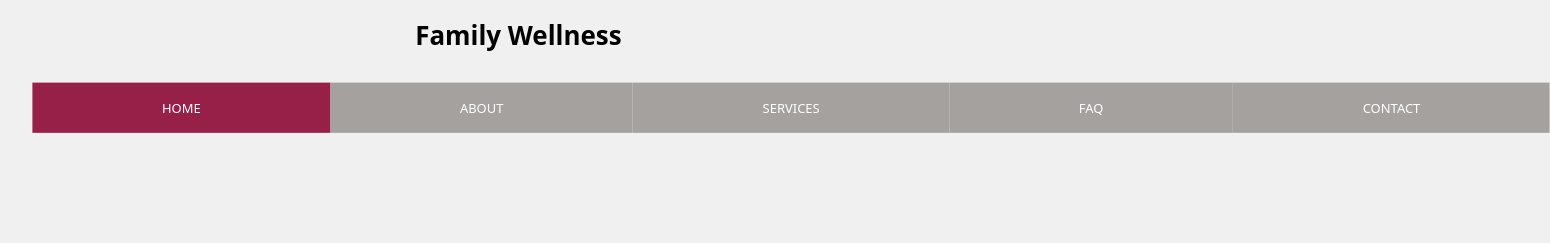
Repository: sriram1224/reactas1.github.io
Page: /
An editor plug-in stored every save of this project. The page is shown before and after the next save, followed by the edit.
The browser window is 1280 px wide. The page is 1913 px wide, so the pictures cover 1913 px, including what lies to the right of the window. The pictures show the whole page, at 81% of full size.
Some web fonts or font styles are not loaded; a fallback is used. The project was rebuilt for these pictures with package versions that can differ from the ones it lists, and the page was loaded fresh each time.

Above is the page before, as saved 2024-03-05 07:12:53.

### public/index.html
<!DOCTYPE html>
<html lang="en">
  <head>
    <meta charset="utf-8" />

    <meta name="viewport" content="width=device-width, initial-scale=1" />
    <meta name="theme-color" content="#000000" />
    <meta
      name="description"
      content="Web site created using create-react-app"
    />
    <link rel="stylesheet" href="./style.css">

    <title>React App</title>
  </head>
  <body>

    <div id="root"></div>


  </body>
</html>

### src/App.js
import Header from './Components/Header.js';
import './App.css';

function App() {
  return (
    <div className="App">
     <Header />
    </div>
  );
}

export default App;

### src/Components/Header.js
import Nav from "./Nav";

function Header() {
  return (
    <header>
      <h1>Family Wellness</h1>
      <p></p>
      <Nav />
    </header>
  );
}
export default Header;

### src/Components/Nav.js

import Navc from './Nav.css';
function Nav(){
    return (
        <nav className='Nav'>
            <ul>
                <li id='first'>HOME</li>
                <li>ABOUT</li>
                <li>SERVICES</li>
                <li>FAQ</li>
                <li>CONTACT</li>
            </ul>
        </nav>
    )
}
export default Nav;

### src/Components/Nav.css

@import url('https://fonts.googleapis.com/css2?family=Noto+Sans:ital,wght@0,100..900;1,100..900&family=Protest+Revolution&display=swap');
body{
    font-family: "Noto Sans", sans-serif;
    margin: 0%;
    padding: 0%;
}
.Nav{
    display: flex;
    justify-content: space-between;
    align-items: center;
    color: white;
    width: 100%;
}
.Nav ul{
    display: flex;

    align-items: center;
    list-style: none;

    width: 96%;

}
.Nav ul li{
    padding: 20px 10rem;

    background-color: rgb(165,161,158);
    text-align: center;
}
#first{
    color: white;
    background-color: rgb(151,32,72);
}

### public/style.css

@import url('https://fonts.googleapis.com/css2?family=Noto+Sans:ital,wght@0,100..900;1,100..900&family=Protest+Revolution&display=swap');

body{
    background-color: #f0f0f0;
    font-family: "Protest Revolution", sans-serif;
    margin: 0;
    padding: 0;
}

Loaded but not shown: src/index.js (common file); src/index.css (common file); src/reportWebVitals.js (common file); src/App.css (common file)

After the next save:
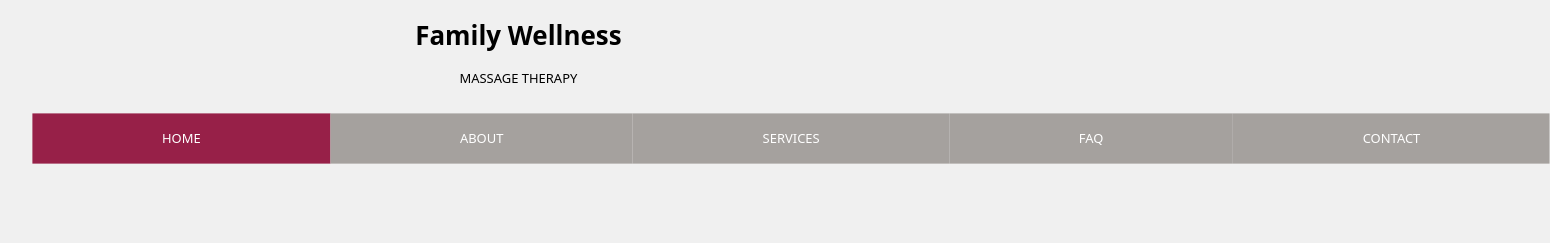
Saved 12 s later.
--- a/src/Components/Header.js
+++ b/src/Components/Header.js
@@ -4,7 +4,7 @@ function Header() {
   return (
     <header>
       <h1>Family Wellness</h1>
-      <p></p>
+      <p>MASSAGE THERAPY</p>
       <Nav />
     </header>
   );
